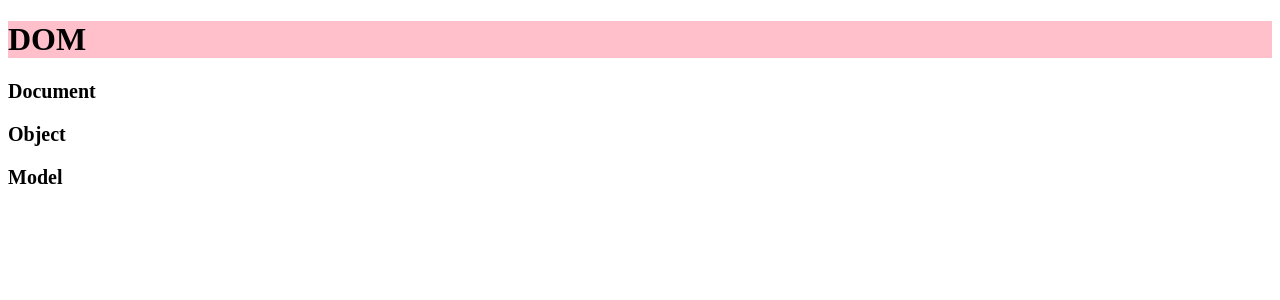
Repository: Dalso13/workspace
Page: workspace_web/chapter03_javascript/WebContent/08_DOM/Ex10_DOM_style.html
These files come from the project's save history. The page is drawn as it stood at one moment and after the next save; the edit follows.
The browser window is 1280 px wide. The pictures show the whole page.

Above is the page before, as saved 2023-05-12 06:17:41.

### workspace_web/chapter03_javascript/WebContent/08_DOM/Ex10_DOM_style.html
<!DOCTYPE html>
<html>
<head>
<meta charset="UTF-8">
<title>Insert title here</title>
<script type="text/javascript">
	onload = changeStyle;	// 괄호 없이!! 함수를 실행시키는것이 아닌 함수자체를 대입

	function changeStyle() {
		// 1. css 속성을 그대로 사용하는 경우 ( 하이픈 없이 단어 하나로 구성된 속성들 )
		//		.(마침표) 표기법 사용
		var h1 = document.querySelector("#heading");


		/*
			너비 400px, 높이 100px, 배경색 pink, 외각선 1px solid black
		*/
		h1.style.color = "red";
		h1.style.width = "400px";
		h1.style.height = "100px";
		h1.style.border = "1px solid black";
		h1.style = "background-color : pink";


		// 2. css 속성을 변경해서 사용하는 경우 ( 하이픈으로 이어진 두 단어 이상으로 구성된 속성들)
		//		하이픈(-)을 제거하고, camel case 형식으로 변경
		//		.(마침표) 표기법 사용
		var box = document.querySelector("#box");
		box.style.fontFamily = "궁서";
		// 글씨 크기 20px, 글씨 굵기 : 두껍게
		box.style.fontSize = "20px";
		box.style.fontWeight = "bold";

	}
</script>
</head>
<body>
	<h1 id="heading">DOM</h1>
	<div id="box">
		<p>Document</p>
		<p>Object</p>
		<p>Model</p>
	</div>
</body>
</html>

After the next save:
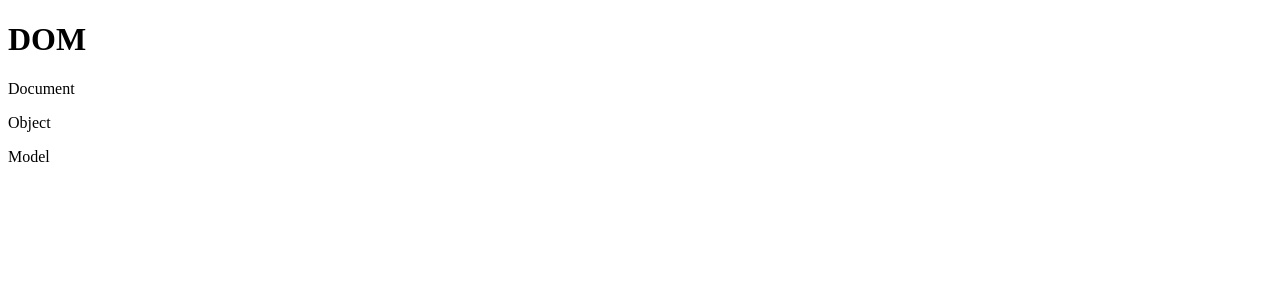
Console error: SyntaxError: Unexpected token ':'
Saved 18 s later.
--- a/workspace_web/chapter03_javascript/WebContent/08_DOM/Ex10_DOM_style.html
+++ b/workspace_web/chapter03_javascript/WebContent/08_DOM/Ex10_DOM_style.html
@@ -19,7 +19,7 @@
 		h1.style.width = "400px";
 		h1.style.height = "100px";
 		h1.style.border = "1px solid black";
-		h1.style = "background-color : pink";
+		h1.style.background = -color : pink";
 
 
 		// 2. css 속성을 변경해서 사용하는 경우 ( 하이픈으로 이어진 두 단어 이상으로 구성된 속성들)

After the save that followed:
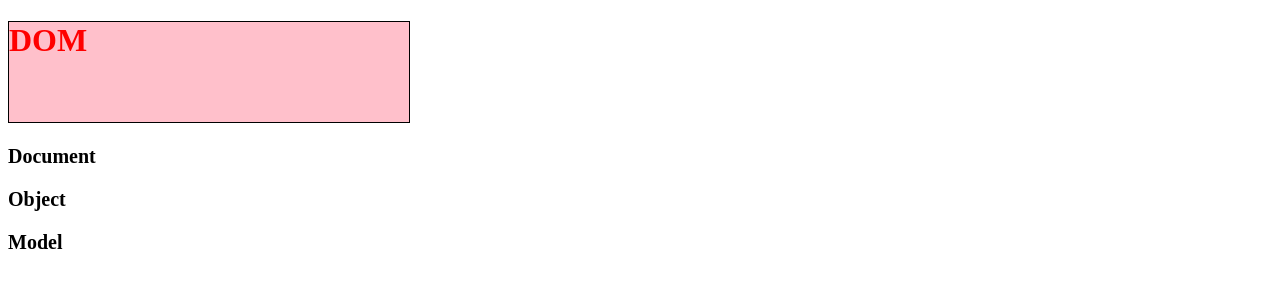
The error is gone.
Saved 6 s later.
--- a/workspace_web/chapter03_javascript/WebContent/08_DOM/Ex10_DOM_style.html
+++ b/workspace_web/chapter03_javascript/WebContent/08_DOM/Ex10_DOM_style.html
@@ -19,7 +19,7 @@
 		h1.style.width = "400px";
 		h1.style.height = "100px";
 		h1.style.border = "1px solid black";
-		h1.style.background = -color : pink";
+		h1.style.background = "pink";
 
 
 		// 2. css 속성을 변경해서 사용하는 경우 ( 하이픈으로 이어진 두 단어 이상으로 구성된 속성들)
